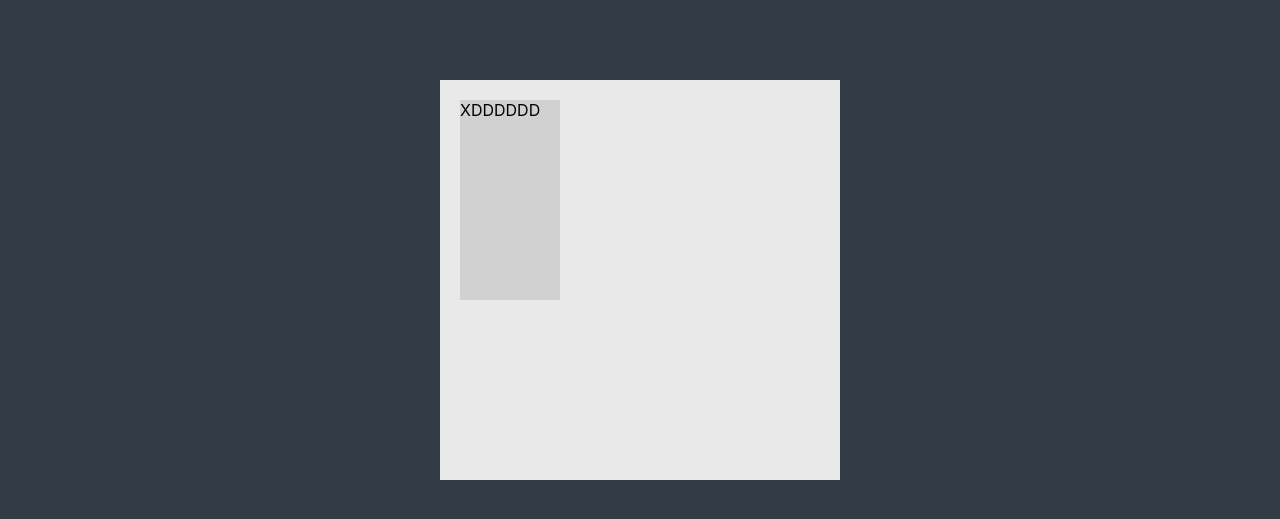
Repository: piookr-wsei/8086
Page: /
An editor plug-in stored every save of this project. The page is shown before and after the next save, followed by the edit.
The browser window is 1280 px wide. The pictures show the whole page.
The project was rebuilt for these pictures with package versions that can differ from the ones it lists, and the page was loaded fresh each time.

Above is the page before, as saved 2022-06-17 00:01:14.

### src/App.js
import logo from './logo.svg';
import './App.css';
import { RegWrapper, UiWindow, UiWrapper } from './Components/Components.elements';

function App() {
  return (
    <div className="App">
      <UiWindow>
        <UiWrapper>
          <RegWrapper>XDDDDDD</RegWrapper>

        </UiWrapper>
      </UiWindow>

    </div>
  );
}

export default App;

### src/App.css
body{
  height: 100%;
  background: rgba(1, 10, 22, 0.8);
}
.App {

}

.App-logo {
  height: 40vmin;
  pointer-events: none;
}

@media (prefers-reduced-motion: no-preference) {
  .App-logo {
    animation: App-logo-spin infinite 20s linear;
  }
}

.App-header {
  background-color: #282c34;
  min-height: 100vh;
  display: flex;
  flex-direction: column;
  align-items: center;
  justify-content: center;
  font-size: calc(10px + 2vmin);
  color: white;
}

.App-link {
  color: #61dafb;
}

@keyframes App-logo-spin {
  from {
    transform: rotate(0deg);
  }
  to {
    transform: rotate(360deg);
  }
}

### src/Components/Components.elements.js
import styled from "styled-components";

export const UiWindow = styled.div`
height: 400px;
width: 400px;
background: rgb(233,233,233);
position: relative;
margin: auto;
top: 80px;
`

export const UiWrapper = styled.div`
border: 20px solid transparent;

`

export const RegWrapper = styled.div`
width: 100px;
min-height: 200px;
background: rgba(0,0,0,0.1);
position: relative;
left: 0;
`

export const RegInput = styled.input`
height: 20px;
width: 40px;
`

Loaded but not shown: public/index.html (common file); src/index.js (common file); src/index.css (common file); src/reportWebVitals.js (common file)

After the next save:
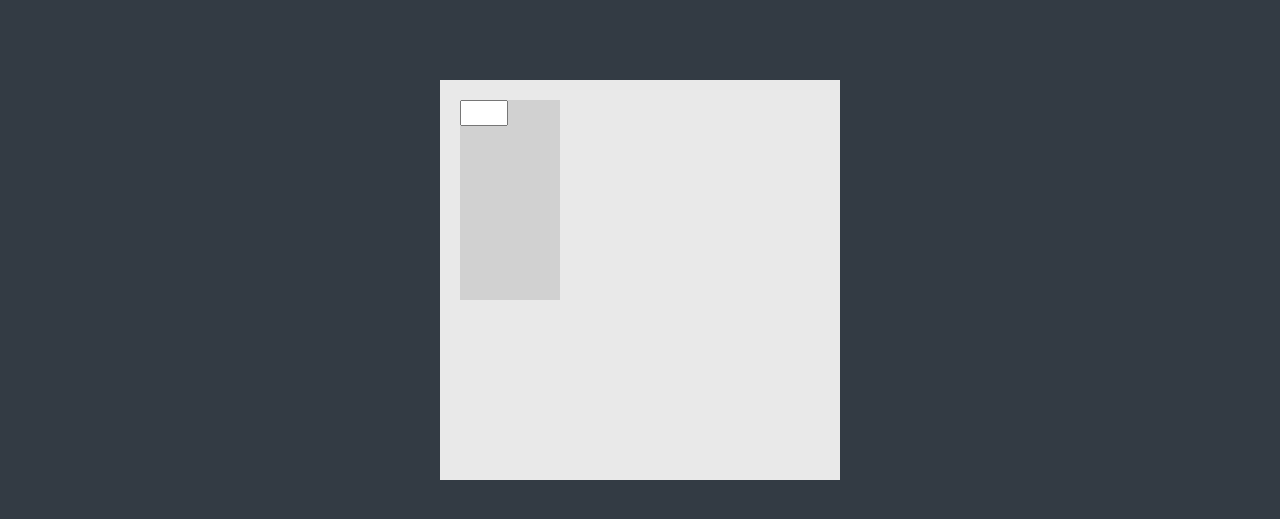
Saved 30 s later.
--- a/src/App.js
+++ b/src/App.js
@@ -1,13 +1,15 @@
 import logo from './logo.svg';
 import './App.css';
-import { RegWrapper, UiWindow, UiWrapper } from './Components/Components.elements';
+import { RegInput, RegWrapper, UiWindow, UiWrapper } from './Components/Components.elements';
 
 function App() {
   return (
     <div className="App">
       <UiWindow>
         <UiWrapper>
-          <RegWrapper>XDDDDDD</RegWrapper>
+          <RegWrapper>
+            <RegInput></RegInput>
+          </RegWrapper>
 
         </UiWrapper>
       </UiWindow>
